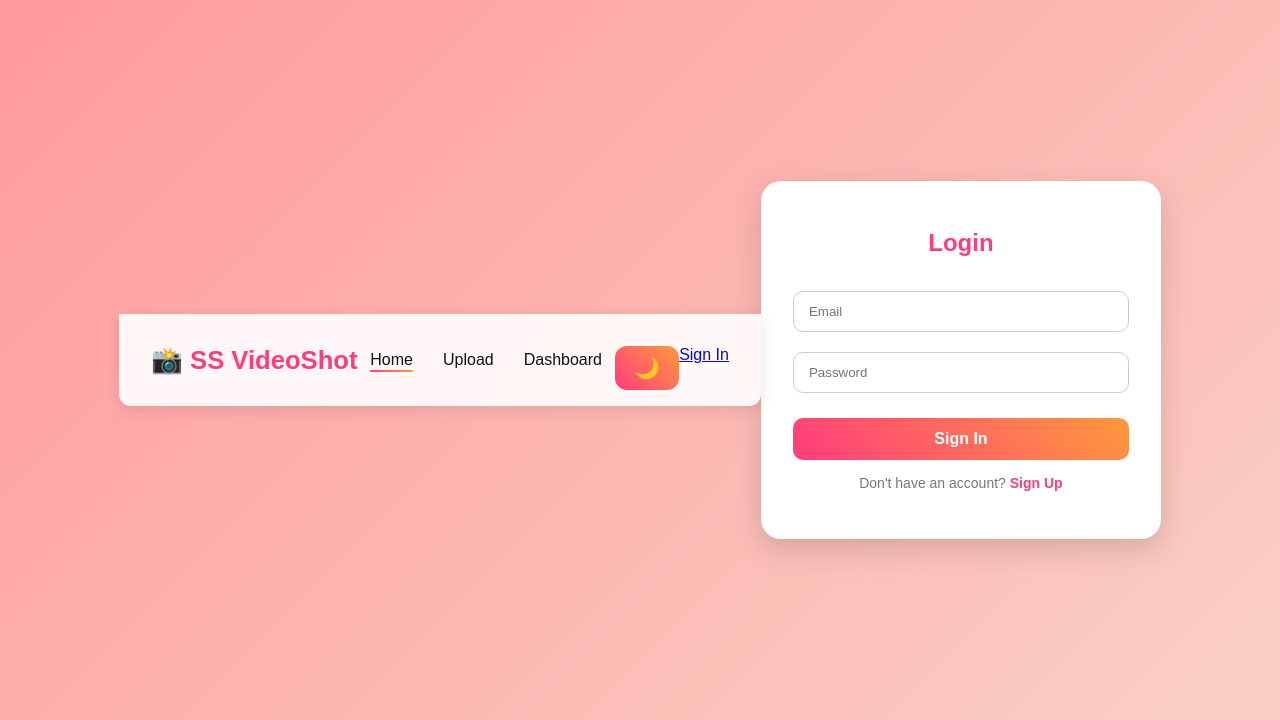
Repository: Shahzaibchohan789/SS-VideoShot
Page: signin.html
An editor plug-in stored every save of this project. The page is shown before and after the next save, followed by the edit.
The browser window is 1280 px wide. The pictures show the whole page.

Above is the page before, as saved 2025-11-25 00:22:05.

After the next save:
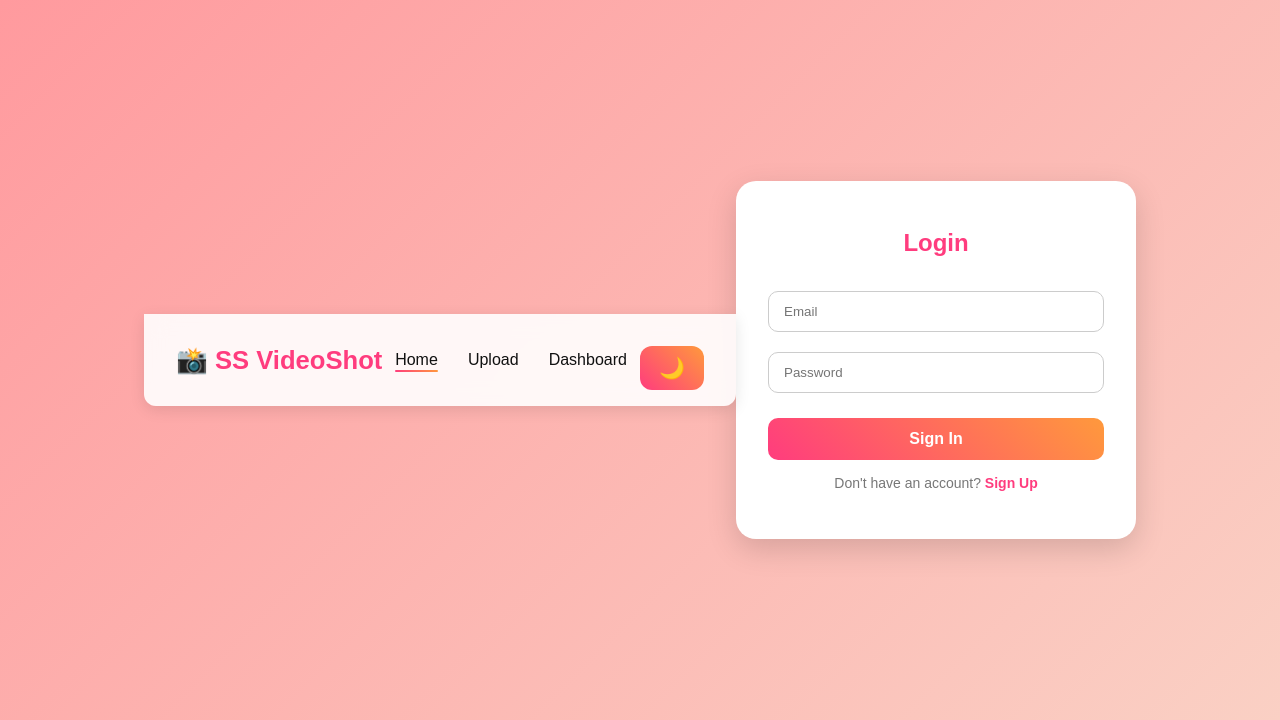
Saved 67 s later.
--- a/signin.html
+++ b/signin.html
@@ -15,7 +15,6 @@
   </nav>
   <div class="actions">
     <button id="modeToggle">🌙</button>
-    <div id="authArea"></div>
   </div>
 </header>
 <body class="auth-page">

After the save that followed:
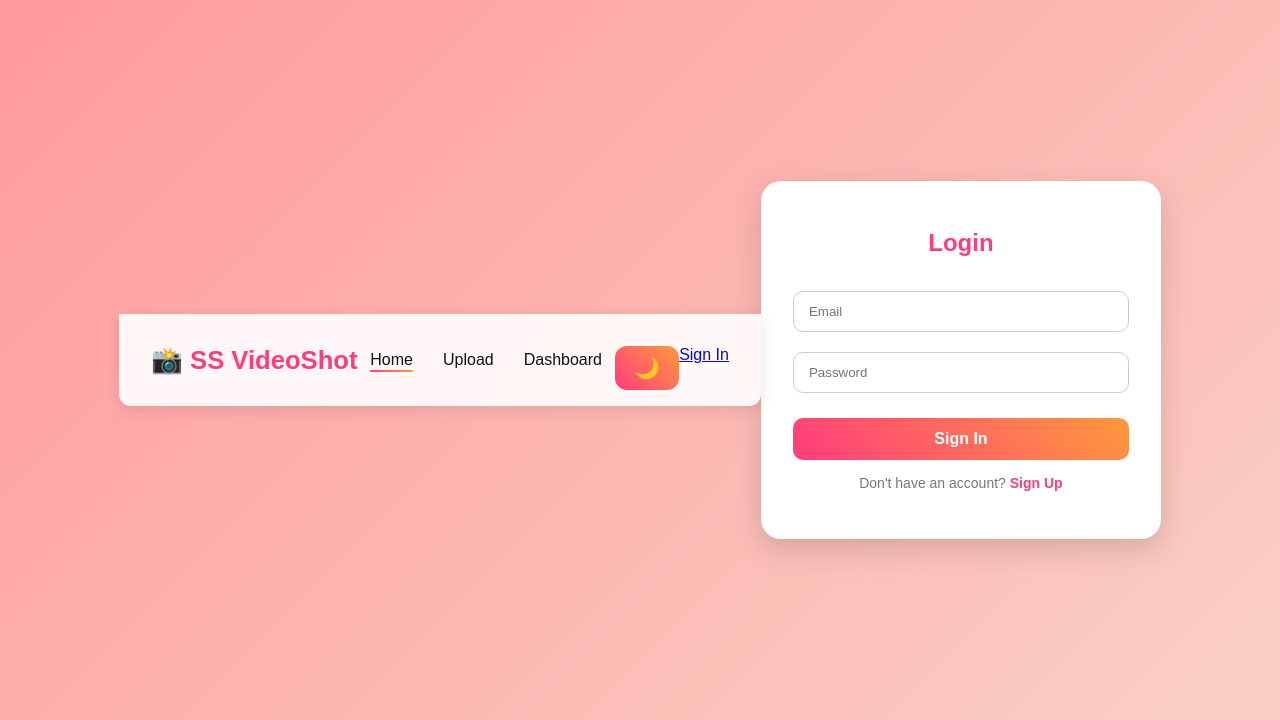
Saved 10 s later.
--- a/signin.html
+++ b/signin.html
@@ -15,6 +15,7 @@
   </nav>
   <div class="actions">
     <button id="modeToggle">🌙</button>
+    <div id="authArea"></div>
   </div>
 </header>
 <body class="auth-page">
